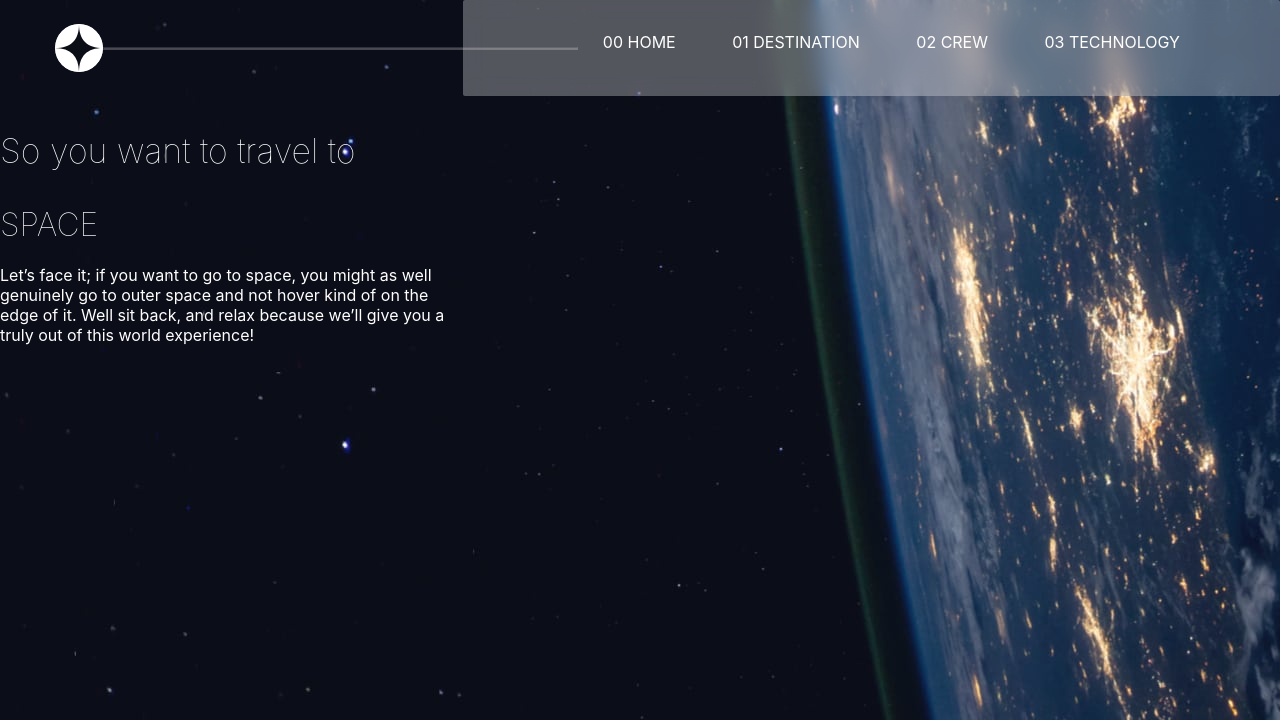
Repository: jhonenmanuel1/FrontEndMentor-MultiPageSpace
Page: /
These files come from the project's save history. The page is drawn as it stood at one moment and after the next save; the edit follows.
The browser window is 1280 px wide. The pictures show the whole page.
The project was rebuilt for these pictures with package versions that can differ from the ones it lists, and the page was loaded fresh each time.

Above is the page before, as saved 2022-06-21 16:33:16.

### src/App.js
import './App.css';
import HeaderView from './components/header';
import HomeView from './views/home';


function App() {
  return (
    <div className="App">
      <HeaderView/>
      <HomeView/>

    </div>
  );
}

export default App;

### src/App.css
body{
    background-image: url("../src/components/Images/home/background-home-desktop.jpg");
    background-color: #cccccc;


}

### src/components/header.js
import styles from "../styles/header.module.css"

const HeaderView = ()=>{

    return(
        <div className={styles.wraper}>
            <div className={styles.headerLogo}>
            <svg xmlns="http://www.w3.org/2000/svg" width="48" height="48"><g fill="none" fill-rule="evenodd"><circle cx="24" cy="24" r="24" fill="#FFF"/><path fill="#0B0D17" d="M24 0c0 16-8 24-24 24 15.718.114 23.718 8.114 24 24 0-16 8-24 24-24-16 0-24-8-24-24z"/></g></svg>
            </div>
            <div className={styles.headerLine}>
                <hr />
            </div>
            <div className={styles.headerMenu}>
                 <ul>
                    <li> 00 HOME</li>
                    <li> 01 DESTINATION </li>
                    <li> 02 CREW </li>
                    <li className={styles.lastList}> 03 TECHNOLOGY</li>

                </ul>
            </div>

        </div>
    )
}
export default HeaderView;

### src/views/home.js
import React from "react";
import styles from "../styles/homeview.module.css"

export default function HomeView(){
    return<>
        <div className={styles.homeSpaceTarget}>
            <div>
                <h3 className={styles.homeSpaceTargeth3}>So you want to travel to</h3>
                <h1 className={styles.homeSpaceTargeth1}>SPACE </h1>
                <p>Let’s face it; if you want to go to space, you might as well genuinely go to outer space and not hover kind of on the edge of it. Well sit back, and relax because we’ll give you a truly out of this world experience!</p>
            </div>
        </div>
    </>
}

### src/styles/header.module.css
.wraper {
    display: flex;
    justify-content: space-between;


    background-position: center center;
    background-repeat: no-repeat;
    background-size: cover


}
.headerLogo{
    display: flex;
    justify-content: center;
    align-items: center;


}
.headerLogo svg {
    background-color: aliceblue;
    border-radius: 100%;
    height: 48px;
    width: 48px;
    margin-left: 55px;
}

.headerMenu{
    background-color: rgba(255, 255, 255, 0.3);
    border-radius: 2px;
    text-align: center;
    backdrop-filter: blur(12px);
    -webkit-backdrop-filter: blur(10px);
    width: 830px;
    height: 96px;



}

.headerMenu ul {
    display: flex;
    justify-content:  space-between;
    align-items: center;
    padding-right: 100px;
    margin-left: 100px;
    margin-top: 32px;
    color: white;


}
.headerMenu ul li {
    text-decoration: none;
    list-style: none;

}

.headerLogo{
    color: white;

}
.headerLine {
    display: flex;
    justify-content: center;
    align-items: center;
    margin-right: -9%;
    z-index: 1;

}
.headerLine hr {
    height: 1px;
    background-color: white;
    color: white;
    width: 473px;
    opacity:  25.15%;

}

### src/styles/homeview.module.css
body{
    color: white;
}
.homeSpaceTarget{
    max-width: 461.76px;
    display: flex;
    justify-content: center;
    align-items: center;
}

.homeSpaceTargeth3 {
    font-weight: 1;
    font-size: 34px;
}
.homeSpaceTargeth1{

    font-weight: 1;
}

Loaded but not shown: public/index.html (common file); src/index.js (common file); src/index.css (common file); src/reportWebVitals.js (common file)

After the next save:
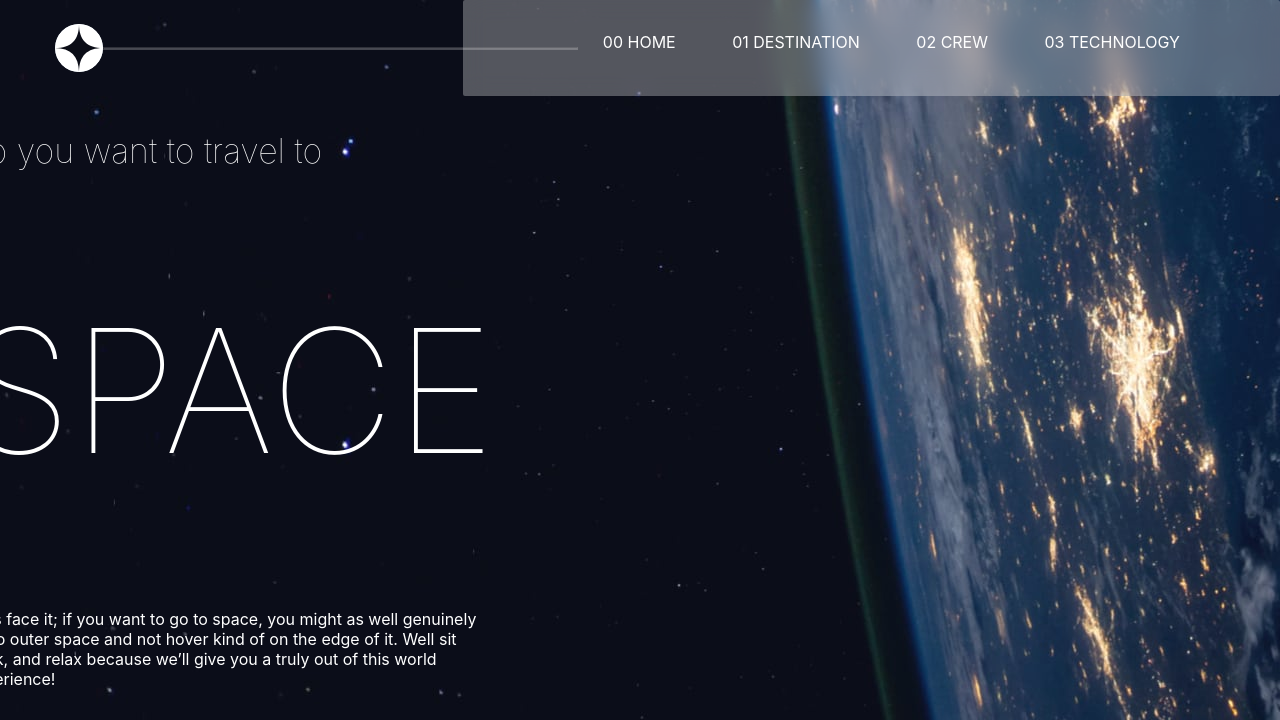
Saved 29 s later.
--- a/src/styles/homeview.module.css
+++ b/src/styles/homeview.module.css
@@ -13,6 +13,6 @@ body{
     font-size: 34px;
 }
 .homeSpaceTargeth1{
-
     font-weight: 1;
+    font-size: 172px;
 }
